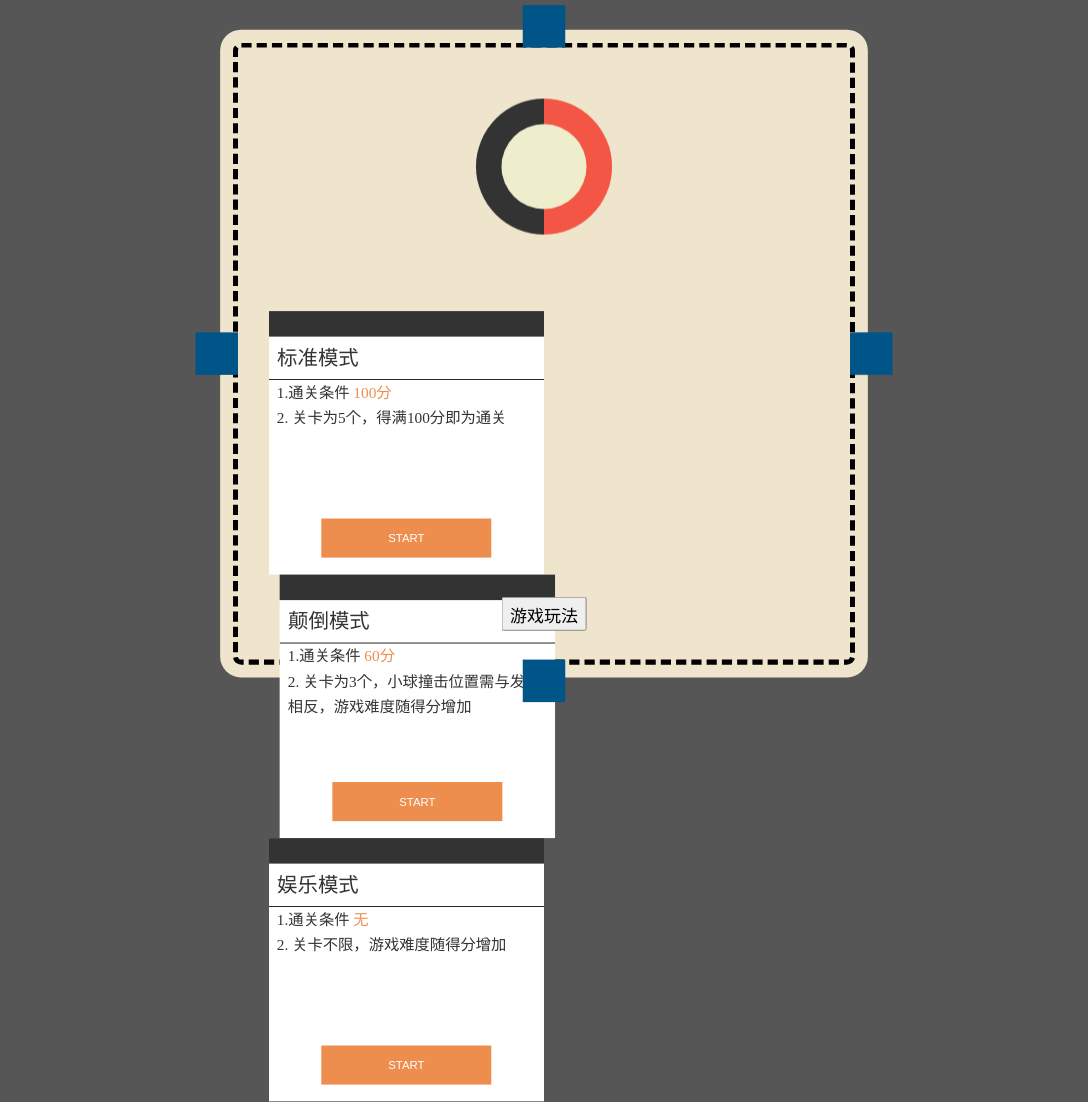
Repository: EEETA/ball-game
Page: theBall2/index.html
An editor plug-in stored every save of this project. The page is shown before and after the next save, followed by the edit.
The browser window is 1280 px wide. The pictures show the whole page, at 85% of full size.

Above is the page before, as saved 2018-08-20 11:25:28.

After the next save:
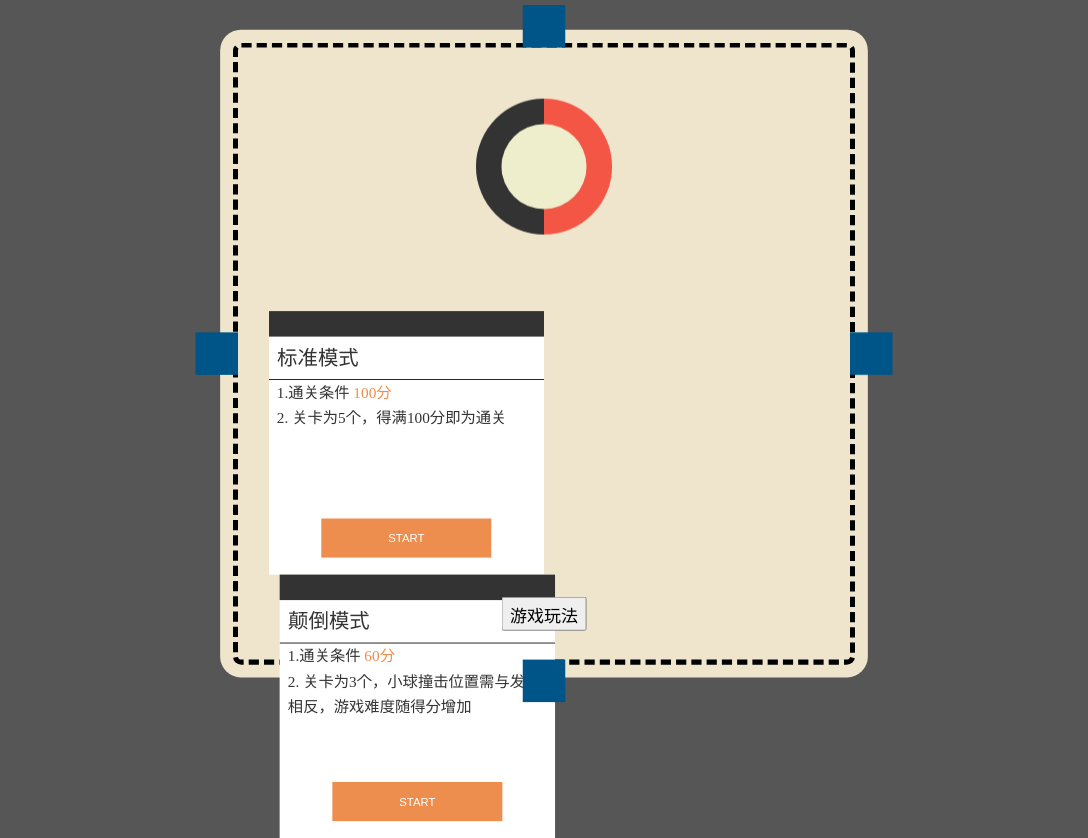
Saved 25 s later.
--- a/theBall2/data/data.js
+++ b/theBall2/data/data.js
@@ -22,14 +22,6 @@ var pattern=[
             produce:'关卡为3个，小球撞击位置需与发球相反，游戏难度随得分增加',
             tip:''
         }
-    },
-    {
-        patternName:'娱乐模式',
-        explain:{
-            condition:'无',
-            produce:'关卡不限，游戏难度随得分增加',
-            tip:''
-        }
     }
 ]
 var gameInit=[
